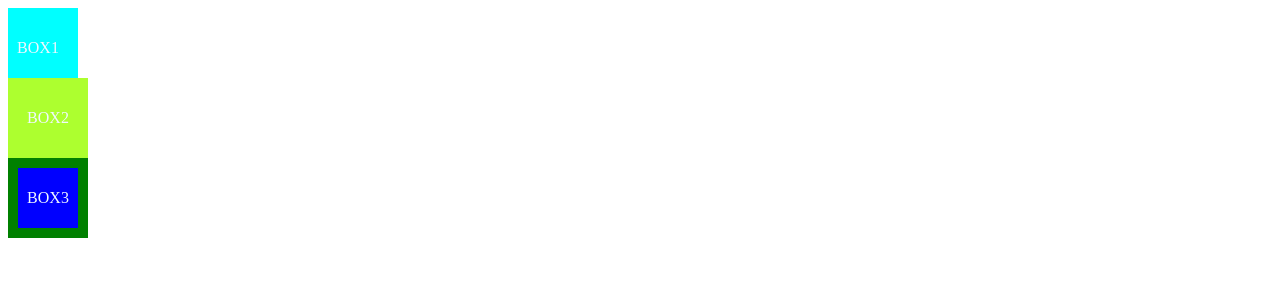
Repository: Ducspdn/WeTheBandF8
Page: html_learn_f8/index3.html
These files come from the project's save history. The page is drawn as it stood at one moment and after the next save; the edit follows.
The browser window is 1280 px wide. The pictures show the whole page.

Above is the page before, as saved 2023-01-14 10:29:14.

### html_learn_f8/index3.html
<!DOCTYPE html>
<html lang="en">
<head>
    <meta charset="UTF-8">
    <meta http-equiv="X-UA-Compatible" content="IE=edge">
    <meta name="viewport" content="width=device-width, initial-scale=1.0">
    <title>Document</title>
    <style>
    .Box{
        width: 60px;
        height: 60px;
        display: flex;
        color: aliceblue;
        justify-content: center;
        align-items:center;
        /* align-items : sắp xếp các mục */
    }
    .BOX1{
        background-color: aqua;
        padding-top: 10px;
        padding-right: 10px;
    }
    .BOX2{
        background-color: greenyellow ;
        padding: 10px;
    }
    .BOX3{
        background-color: blue;
        border-width: 10px;
        border-color: green;
        border-style: solid;
    }
    </style>
</head>
<body>
    <div class="Box BOX1">BOX1</div>
    <div class="Box BOX2">BOX2</div>
    <div class="Box BOX3">BOX3</div>
</body>
</html>

After the next save:
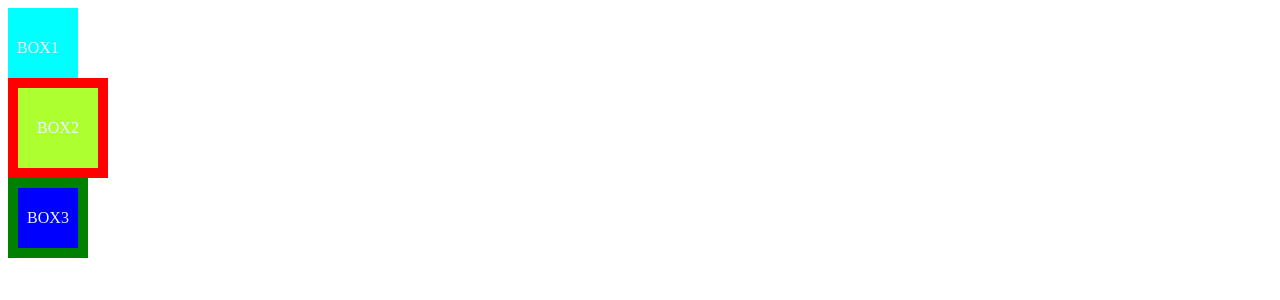
Saved 71 s later.
--- a/html_learn_f8/index3.html
+++ b/html_learn_f8/index3.html
@@ -23,6 +23,7 @@
     .BOX2{
         background-color: greenyellow ;
         padding: 10px;
+        border: 10px solid red;
     }
     .BOX3{
         background-color: blue;
